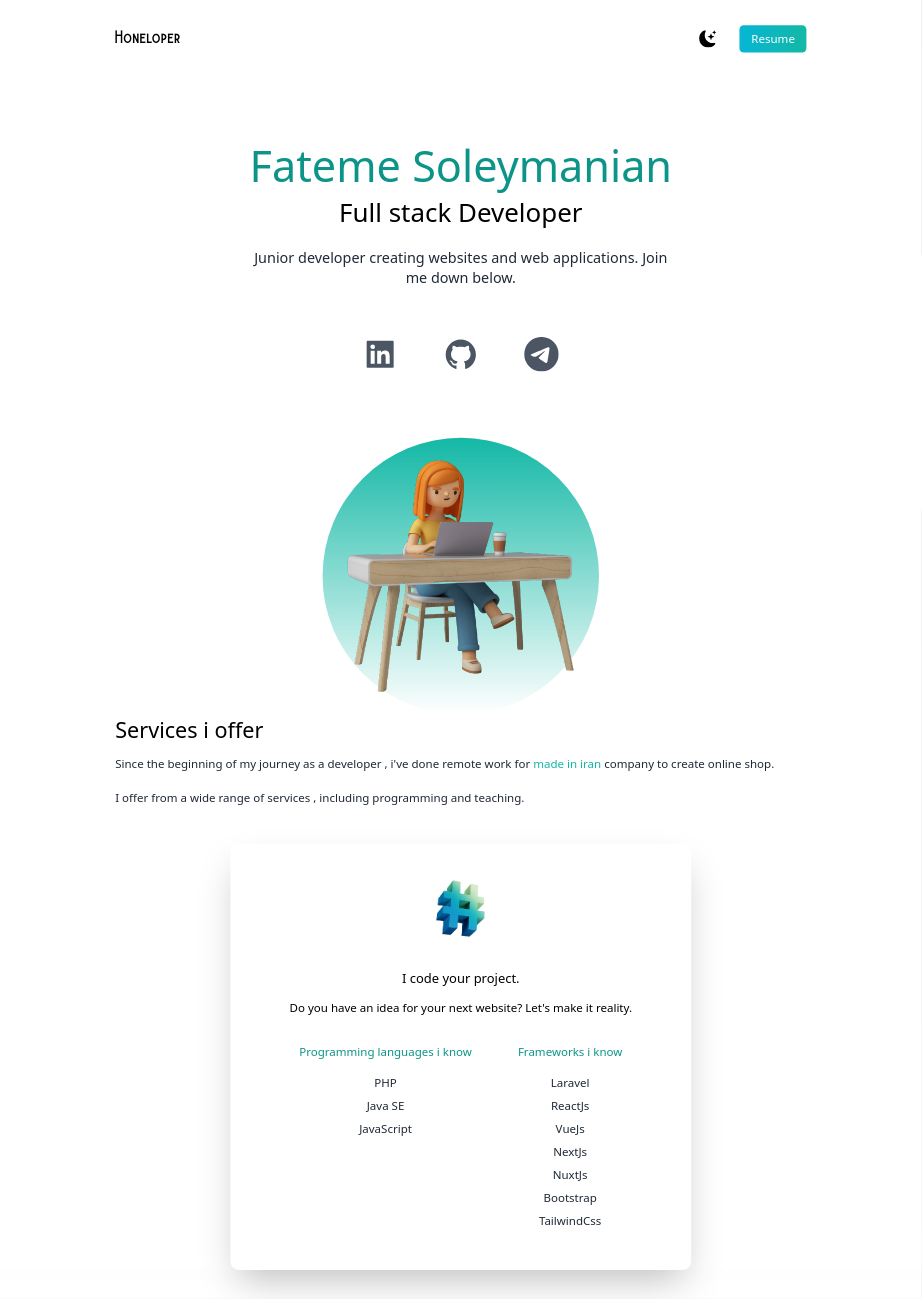
Repository: fatemesoleymanian/portfolio
Page: /
These files come from the project's save history. The page is drawn as it stood at one moment and after the next save; the edit follows.
The browser window is 1280 px wide. The pictures show the whole page, at 72% of full size.
The project was rebuilt for these pictures with package versions that can differ from the ones it lists, and the page was loaded fresh each time. The framework's server and built-in components were replaced by stand-ins that run in the browser. Also part of the build but not shown: next.config.js.

Above is the page before, as saved 2023-03-10 18:52:59.

### pages/index.js
import Head from 'next/head'
import { BsFillMoonStarsFill } from 'react-icons/bs'
import { AiFillLinkedin, AiFillGithub , } from 'react-icons/ai'
import {SiTelegram} from 'react-icons/si'
import Image from 'next/image'
import honeloper from '../public/honeloper3d.png'
import code from '../public/code.png'
import { useState } from 'react'
export default function Home() {
  const [darkMode , setDarkMode] = useState(false);
  return (
    <div className={darkMode ? 'dark' : ''}>
      <Head>
        <title>My Portfolio</title>
        <meta name="description" content="Generated by create next app" />
        <meta name="viewport" content="width=device-width, initial-scale=1" />
        <link rel="icon" href="/favicon.ico" />
      </Head>
      <main className='bg-white px-10 md:px-20 lg:px-40 dark:bg-gray-900'>
        <section className="min-h-screen">
          <nav className='py-10 mb-12 flex justify-between dark:text-white'>
            <h1 className='text-xl font-burtons'>Honeloper</h1>
            <ul className='flex items-center'>
              <li>
                <BsFillMoonStarsFill className='cursor-pointer text-2xl'
                onClick={() => setDarkMode(!darkMode)}/>
              </li>
              <li>
                <a className="bg-gradient-to-r from-cyan-500 to-teal-500 text-white px-4 py-2 rounded-md ml-8"
                  href="https://jobvision.ir/cv/97158940-111758">Resume</a>
              </li>
            </ul>
          </nav>
          <div className='text-center p-9'>
            <h2 className='text-3xl md:text-4xl lg:text-6xl py-2 text-teal-600 font-medium'>
              Fateme Soleymanian</h2>
            <h3 className='text-2xl md:text-3xl lg:text-4xl py-2 dark:text-gray-100'>Full stack Developer</h3>
            <p className='text-md py-5 leading-8 text-gray-800 lg:text-xl
            max-w-xl mx-auto dark:text-gray-400'>
              Junior developer creating websites and web applications. Join me down below.</p>
          </div>
          <div className='text-5xl flex justify-center gap-16 py-3 text-gray-600 dark:text-gray-300'>
            <a href="https://www.linkedin.com/in/fateme-soleymanian-b2713a225">
              <AiFillLinkedin />  </a>
            <a href="https://github.com/fatemesoleymanian">
              <AiFillGithub />
            </a>
            <a href="https://t.me/Honeloper">
              <SiTelegram />
            </a>
          </div>
          <div className='relative bg-gradient-to-b from-teal-500 rounded-full
          mx-auto md:w-80 md:h-80 lg:h-96 lg:w-96 mt-20'>
            <Image src={honeloper} alt="honeloper" />
          </div>
        </section>

        <section >
          <div>
            <h3 className='text-3xl py-1 dark:text-gray-200'>
              Services i offer
            </h3>
            <p className='text-md py-2 leading-8 text-gray-800 dark:text-gray-300'>
              Since the beginning of my journey as a developer , i've done remote work for
              <span className='text-teal-500'><a href="https://madein-iran.com"> made in iran </a></span> company to create online shop.
            </p>
            <p className='text-md py-2 leading-8 text-gray-800 dark:text-gray-300'>
              I offer from a wide range of services , including programming and teaching.
            </p>
          </div>
          <div>
            <div className='md:mx-auto text-center shadow-2xl p-10 rounded-xl my-10 md:w-8/12'>
              <Image src={code} width={100} height={100} className="mx-auto"/>
              <h3 className='text-lg font-medium pt-8 pb-2 dark:text-gray-100'>
                I code your project.
              </h3>
              <p className='py-2 dark:text-gray-200'>Do you have an idea for your next website?
                Let's make it reality.</p>
             <div className='flex justify-center gap-16 py-3'>
             <div className='dark:text-gray-300 text-gray-800'>
                <h4 className='py-4 text-teal-600'>Programming languages i know</h4>
                <p className='py-1'>PHP</p>
                <p className='py-1'>Java SE</p>
                <p className='py-1'>JavaScript</p>
              </div>
              <div className='dark:text-gray-300 text-gray-800'>
                <h4 className='py-4 text-teal-600'>Frameworks i know</h4>
                <p className='py-1'>Laravel</p>
                <p className='py-1'>ReactJs</p>
                <p className='py-1'>VueJs</p>
                <p className='py-1'>NextJs</p>
                <p className='py-1'>NuxtJs</p>
                <p className='py-1'>Bootstrap</p>
                <p className='py-1'>TailwindCss</p>
              </div>
             </div>
            </div>
          </div>
        </section>
      </main>
    </div>
  )
}

### styles/globals.css
@tailwind base;
@tailwind components;
@tailwind utilities;
:root {
  --max-width: 1100px;
  --border-radius: 12px;
  --font-mono: ui-monospace, Menlo, Monaco, 'Cascadia Mono', 'Segoe UI Mono',
    'Roboto Mono', 'Oxygen Mono', 'Ubuntu Monospace', 'Source Code Pro',
    'Fira Mono', 'Droid Sans Mono', 'Courier New', monospace;

  --foreground-rgb: 0, 0, 0;
  --background-start-rgb: 214, 219, 220;
  --background-end-rgb: 255, 255, 255;

  --primary-glow: conic-gradient(
    from 180deg at 50% 50%,
    #16abff33 0deg,
    #0885ff33 55deg,
    #54d6ff33 120deg,
    #0071ff33 160deg,
    transparent 360deg
  );
  --secondary-glow: radial-gradient(
    rgba(255, 255, 255, 1),
    rgba(255, 255, 255, 0)
  );

  --tile-start-rgb: 239, 245, 249;
  --tile-end-rgb: 228, 232, 233;
  --tile-border: conic-gradient(
    #00000080,
    #00000040,
    #00000030,
    #00000020,
    #00000010,
    #00000010,
    #00000080
  );

  --callout-rgb: 238, 240, 241;
  --callout-border-rgb: 172, 175, 176;
  --card-rgb: 180, 185, 188;
  --card-border-rgb: 131, 134, 135;
}

@media (prefers-color-scheme: dark) {
  :root {
    --foreground-rgb: 255, 255, 255;
    --background-start-rgb: 0, 0, 0;
    --background-end-rgb: 0, 0, 0;

    --primary-glow: radial-gradient(rgba(1, 65, 255, 0.4), rgba(1, 65, 255, 0));
    --secondary-glow: linear-gradient(
      to bottom right,
      rgba(1, 65, 255, 0),
      rgba(1, 65, 255, 0),
      rgba(1, 65, 255, 0.3)
    );

    --tile-start-rgb: 2, 13, 46;
    --tile-end-rgb: 2, 5, 19;
    --tile-border: conic-gradient(
      #ffffff80,
      #ffffff40,
      #ffffff30,
      #ffffff20,
      #ffffff10,
      #ffffff10,
      #ffffff80
    );

    --callout-rgb: 20, 20, 20;
    --callout-border-rgb: 108, 108, 108;
    --card-rgb: 100, 100, 100;
    --card-border-rgb: 200, 200, 200;
  }
}

* {
  box-sizing: border-box;
  padding: 0;
  margin: 0;
}

html,
body {
  max-width: 100vw;
  overflow-x: hidden;
}

body {
  color: rgb(var(--foreground-rgb));
  background: linear-gradient(
      to bottom,
      transparent,
      rgb(var(--background-end-rgb))
    )
    rgb(var(--background-start-rgb));
}

a {
  color: inherit;
  text-decoration: none;
}

@font-face {
  font-family: "burtons";
  src: url('../public/Burtons.otf');
}

### tailwind.config.js
/** @type {import('tailwindcss').Config} */
module.exports = {
  darkMode:"class",
  content: [
    "./app/**/*.{js,ts,jsx,tsx}",
    "./pages/**/*.{js,ts,jsx,tsx}",
    "./components/**/*.{js,ts,jsx,tsx}",

  ],
  theme: {
    extend: {
      fontFamily:{
        burtons: "burtons",
      }
    },
  },
  plugins: [],
}

Loaded but not shown: pages/_app.js (common file); pages/_document.js (common file)

After the next save:
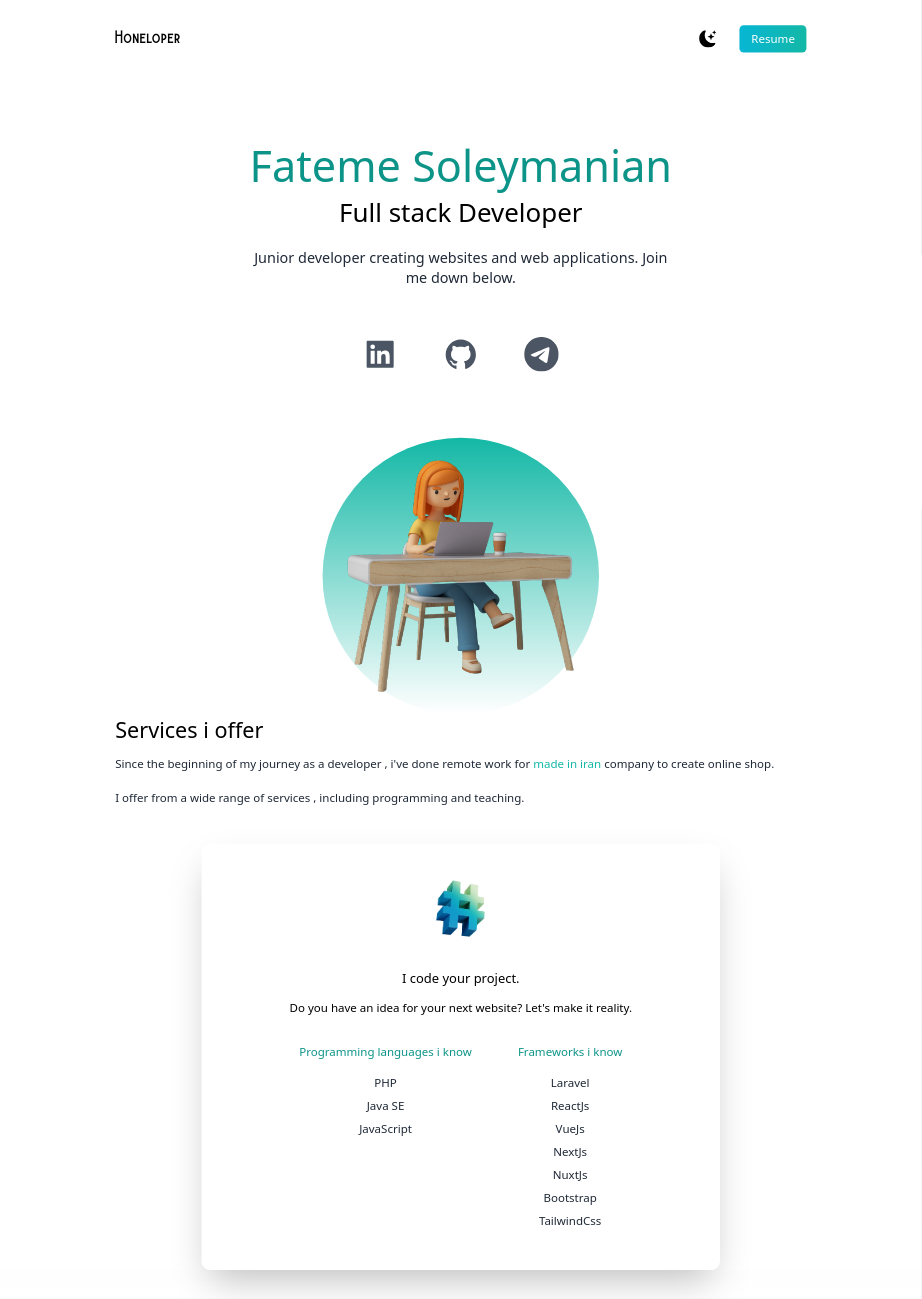
Saved 35 s later.
--- a/pages/index.js
+++ b/pages/index.js
@@ -69,7 +69,7 @@ export default function Home() {
             </p>
           </div>
           <div>
-            <div className='md:mx-auto text-center shadow-2xl p-10 rounded-xl my-10 md:w-8/12'>
+            <div className='md:mx-auto text-center shadow-2xl p-10 rounded-xl my-10 md:w-9/12'>
               <Image src={code} width={100} height={100} className="mx-auto"/>
               <h3 className='text-lg font-medium pt-8 pb-2 dark:text-gray-100'>
                 I code your project.
